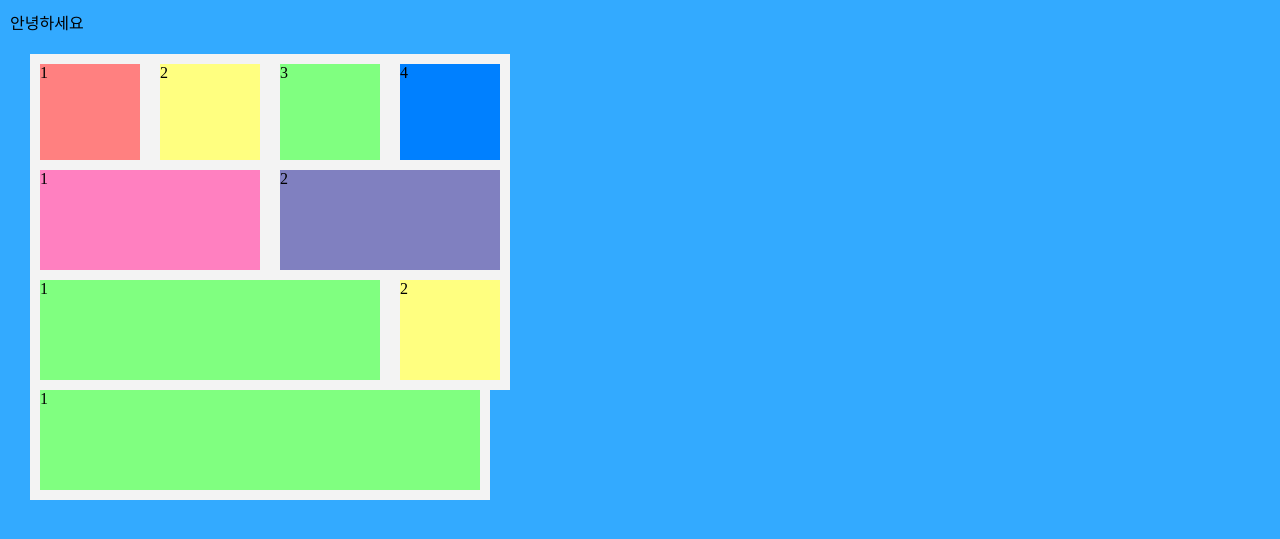
Repository: BaekJiGyeong/JSP_web
Page: http://localhost/Article/
An editor plug-in stored every save of this project. The page is shown before and after the next save, followed by the edit.
The browser window is 1280 px wide. The pictures show the whole page.
The page is served by Tomcat 9.

Above is the page before, as saved 2016-03-03 08:47:00.

After the next save:
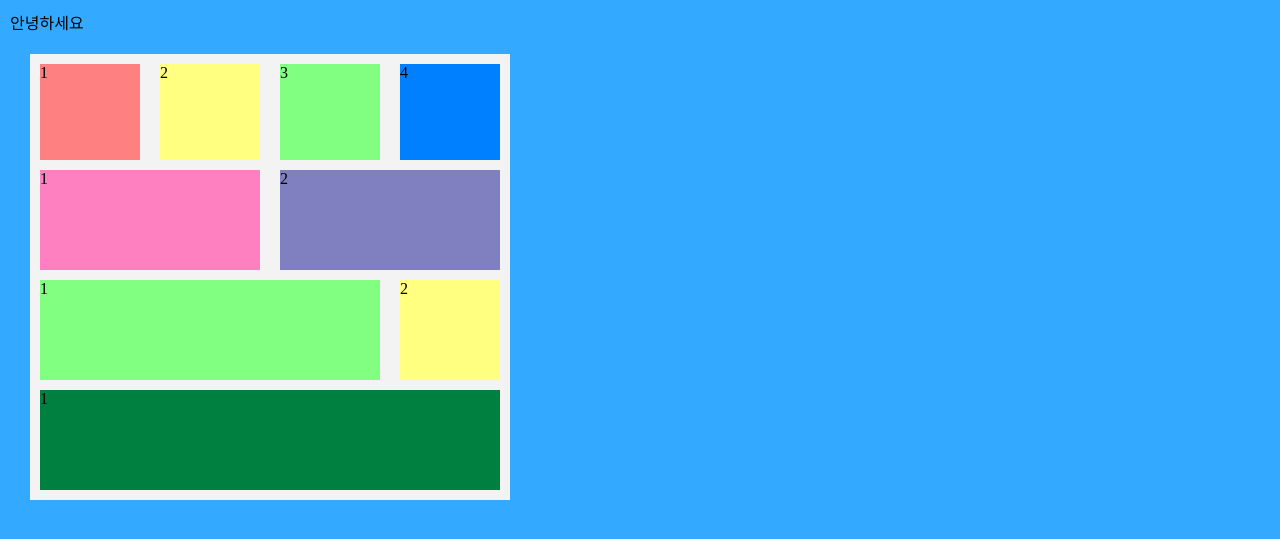
Saved 16 s later.
--- a/Article/WebContent/resource/css/project1.css
+++ b/Article/WebContent/resource/css/project1.css
@@ -79,8 +79,8 @@ div#row4 {
 	 position: absolute;
 }
 div#row4col1 {
-	background-color: #80ff80;
-	width: 440px;
+	background-color: #008040;
+	width: 460px;
 	height: 100px;
 	float: left;
 }
